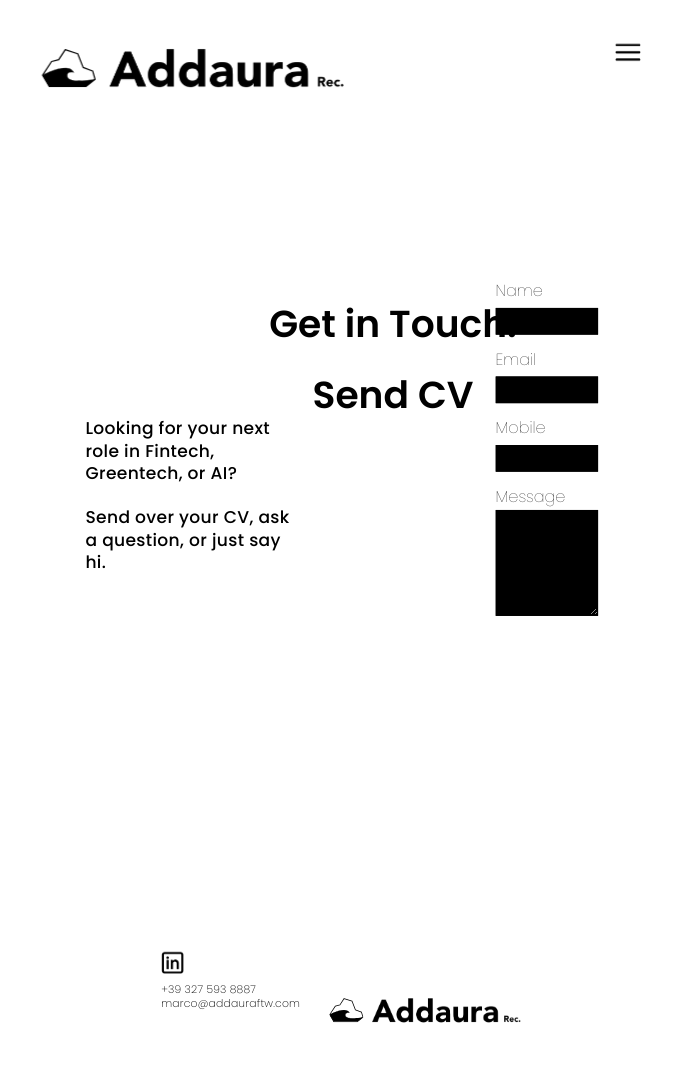
Repository: UnatPannu/Addaura-Trial
Page: public/send-cv.html
An editor plug-in stored every save of this project. The page is shown before and after a run of saves, followed by the edit.
The browser window is 768 px wide. The pictures show the whole page, at 89% of full size.

Above is the page before, as saved 2025-09-16 01:15:05.

After the next 2 saves:
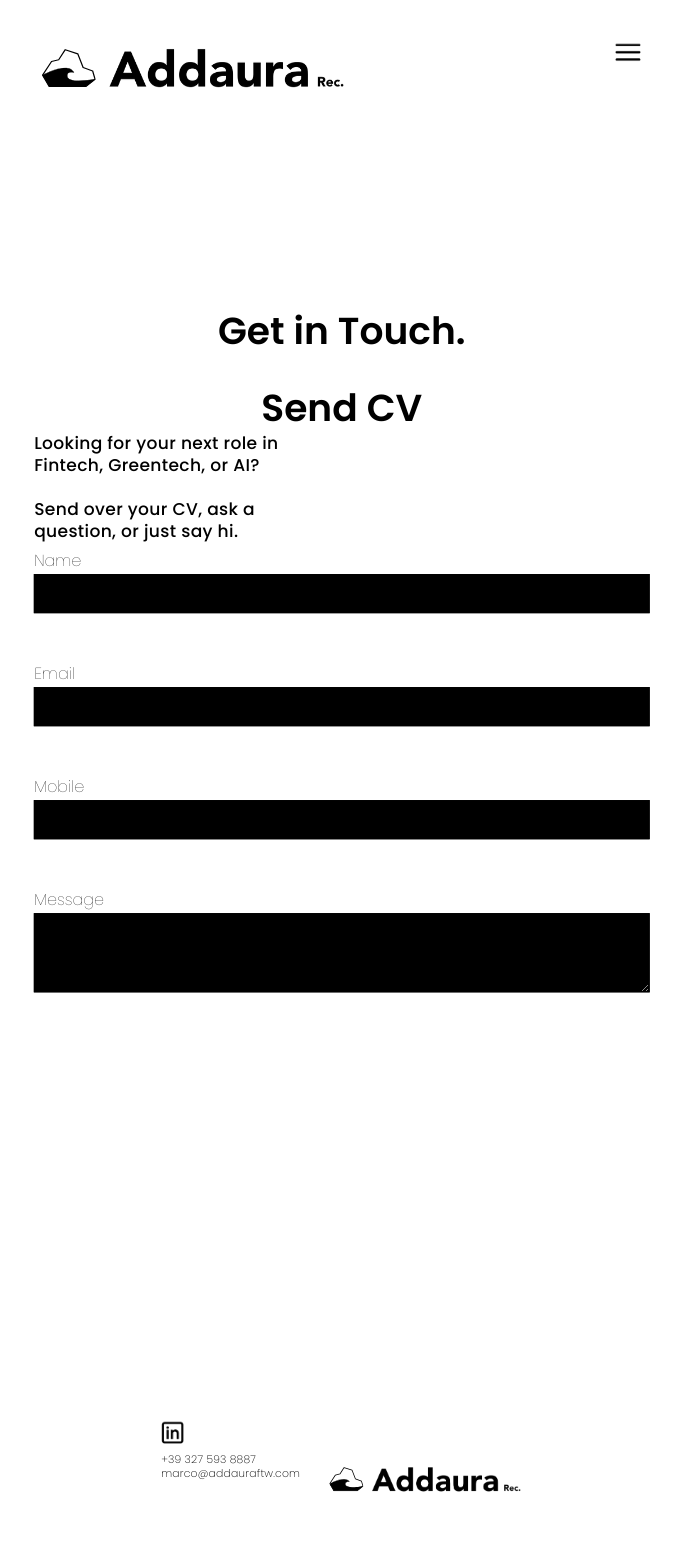
The 2 saves are shown as one change because they came seconds apart.
The last was saved 8 s later.
--- a/public/styles/send-cv.css
+++ b/public/styles/send-cv.css
@@ -71,4 +71,9 @@
       display:block;
       text-align: center;
     }
+  .cv-container{
+    flex-direction:column;
+    width:90%;
+    margin-top:20%;
+  }
 }
